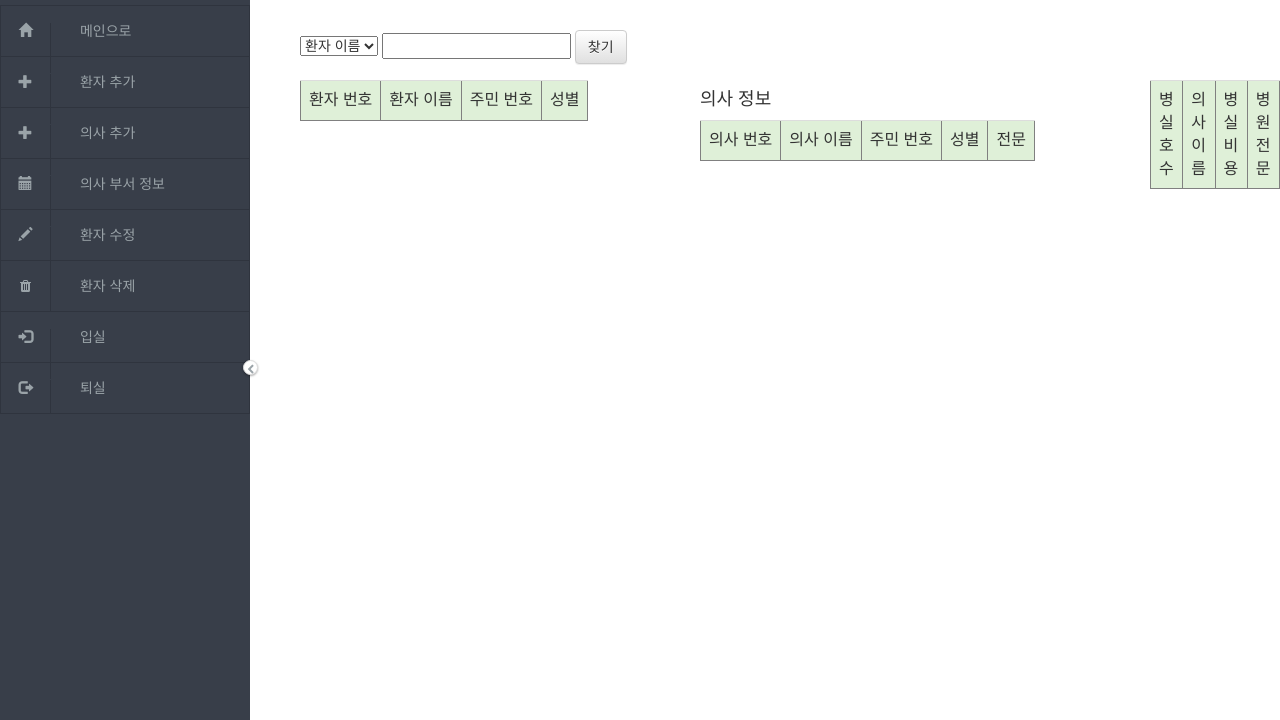
Repository: qaws1134/Hospital_manager
Page: http://localhost/project/main.jsp
An editor plug-in stored every save of this project. The page is shown before and after the next save, followed by the edit.
The browser window is 1280 px wide. The pictures show the whole page.
Some web libraries are served in a nearby version. The page is served by Tomcat 9. Other server files are loaded and not shown. The template is opened directly, without the code that normally fills it, so the values that code supplies are empty.

Above is the page before, as saved 2017-12-09 17:21:57.
Console error (its wording comes from the project's code and is left out).

### project/WebContent/main.jsp
<%@ page language="java" contentType="text/html; charset=UTF-8"
    pageEncoding="UTF-8"%>
<%@ taglib uri="http://java.sun.com/jsp/jstl/core" prefix="c" %>

<html lang="kr">
	<head>

	<meta http-equiv="Content-Type" content="text/html" charset="UTF-8">
	<title>http://www.blueb.co.kr</title>
<link rel="stylesheet" href="http://netdna.bootstrapcdn.com/font-awesome/4.3.0/css/font-awesome.min.css">
<!-- 합쳐지고 최소화된 최신 CSS -->
<link rel="stylesheet" href="https://maxcdn.bootstrapcdn.com/bootstrap/3.3.2/css/bootstrap.min.css">
<!-- 부가적인 테마 -->
<link rel="stylesheet" href="https://maxcdn.bootstrapcdn.com/bootstrap/3.3.2/css/bootstrap-theme.min.css">

<!-- 합쳐지고 최소화된 최신 자바스크립트 -->
<script src="https://maxcdn.bootstrapcdn.com/bootstrap/3.3.2/js/bootstrap.min.js"></script>

<style type="text/css">
input[type="checkbox"]#menu_state {
  display: none;
}
input[type="checkbox"]:checked ~ nav {
  width: 250px;
}
input[type="checkbox"]:checked ~ nav label[for="menu_state"] i::before {
  content: "\f053";
}
input[type="checkbox"]:checked ~ nav ul {
  width: 100%;
}
input[type="checkbox"]:checked ~ nav ul li a i {
  border-right: 1px solid #2f343e;
}
input[type="checkbox"]:checked ~ nav ul li a span {
  opacity: 1;
  transition: opacity 0.25s ease-in-out;
}
input[type="checkbox"]:checked ~ main {
  left: 250px;
}
nav {
  position: fixed;
  z-index: 9;
  top: 0;
  left: 0;
  bottom: 0;
  background: #383e49;
  color: #9aa3a8;
  width: 50px;
  font-family: 'Montserrat', sans-serif;
  font-weight: lighter;
  transition: all 0.15s ease-in-out;
}
nav label[for="menu_state"] i {
  cursor: pointer;
  position: absolute;
  top: 50%;
  right: -8px;
  box-shadow: 0 1px 3px rgba(0,0,0,0.12), 0 1px 2px rgba(0,0,0,0.24);
  background: #fff;
  font-size: 10px;
  display: flex;
  justify-content: center;
  align-items: center;
  height: 15px;
  width: 15px;
  border-radius: 50%;
  border: 1px solid #ddd;
  transition: width 0.15s ease-in-out;
  z-index: 1;
}
nav label[for="menu_state"] i::before {
  margin-top: 2px;
  content: "\f054";
}
nav label[for="menu_state"] i:hover {
  box-shadow: 0 10px 20px rgba(0,0,0,0.19), 0 6px 6px rgba(0,0,0,0.23);
}
nav ul {
  overflow: hidden;
  display: block;
  width: 50px;
  list-style-type: none;
  padding: 0;
  margin: 0;
}
nav ul li {
  border: 1px solid #2f343e;
  position: relative;
}
nav ul li.unread:after {
  content: attr(data-content);
  position: absolute;
  top: 10px;
  left: 25px;
  display: flex;
  justify-content: center;
  align-items: center;
  width: 15px;
  height: 15px;
  border-radius: 50%;
  color: #fff;
  background: #ef5952;
  font-size: 8px;
}
nav ul li:not(:last-child) {
  border-bottom: none;
}
nav ul li.active a {
  background: #4c515d;
  color: #fff;
}
nav ul li a {
  position: relative;
  display: block;
  white-space: nowrap;
  text-decoration: none;
  color: #9aa3a8;
  height: 50px;
  width: 100%;
  transition: all 0.15s ease-in-out;
}
nav ul li a:hover {
  background: #4c515d;
  color: #fff;
}
nav ul li a * {
  height: 100%;
  display: inline-block;
}
nav ul li a i {
  text-align: center;
  width: 50px;
  z-index: 999999;
}
nav ul li a i.fa {
  line-height: 50px;
}
nav ul li a span {
  padding-left: 25px;
  opacity: 0;
  line-height: 50px;
  transition: opacity 0.1s ease-in-out;


}

</style>
</head>

<body>
<input type="checkbox" id="menu_state" checked>
<nav>
	<label for="menu_state"><i class="fa"></i></label>
	<ul>
    <li>
      <a href="main.do">
        <i class="glyphicon glyphicon-home"></i>
        <span>메인으로</span>   <!--환자 대기 목록,병실 목록 및 현황-->
      </a>
    </li>
		<li>
			<a href="P_addui.do">
				<i class="glyphicon glyphicon-plus"></i>
				<span>환자 추가</span>
			</a>
		</li>
		<li>
			<a href="D_addui.do">
				<i class="glyphicon glyphicon-plus"></i>
				<span>의사 추가</span>
			</a>
		</li>

		<li>
			<a href="D_clsif.do">
				<i class="glyphicon glyphicon-calendar"></i>
				<span>의사 부서 정보</span>
			</a>
		</li>

		<li>
			<a href="cristal.do">
				<i class="glyphicon glyphicon-pencil"></i>
				<span>환자 수정</span>
			</a>
		</li>
		<li>
			<a href="delsel.do">
				<i class="fa fa-trash"></i>
				<span>환자 삭제</span>
			</a>
		</li>
      <li>
      <a href="insel.do">
        <i class="glyphicon glyphicon-log-in"></i>
        <span>입실</span>
      </a>
    </li>
        <li>
      <a href="javascript:void(0)">
        <i class="glyphicon glyphicon-log-out"></i>
        <span>퇴실</span>
      </a>
    </li>
	</ul>
</nav>
<section style="position:absolute; top:30px;left:300px">
<form action="search.do">
	<select name ="searchName"size ="1">
		<option value="p_name">환자 이름</option>
		<option value="d_name">의사 이름</option>
		<option value="d_cls">병원 종류</option>
	</select>
	<input type="text" name="searchValue"  >
	<input type="submit"  value="찾기" class="btn btn-default">
</form>
</section>

<!-- 환자 정보	 -->
<section style="position:absolute; top:80px;left:300px">
      <table border="1" class="table table-striped">
      	<tr  class="success">
      		<td>환자 번호</td>
      		<td>환자 이름</td>
      		<td>주민 번호</td>
      		<td>성별</td>
      	</tr>

      	<c:forEach items="${P_list}" var="dto">
	      	<tr>
	      		<td>${dto.p_NUM}</td>
	      		<td>${dto.p_NAME}</td>
	      		<td>${dto.p_PERNUM}</td>
	      		<td>${dto.p_GENDER }</td>
	      	</tr>
		</c:forEach>
      </table>
</section>
<!-- 의사 정보 -->
<section style="position:absolute; top:80px;left:700px">
<h4>의사 정보</h4>
     <table border="1" class="table table-striped">
      	<tr  class="success">
      		<td>의사 번호</td>
      		<td>의사 이름</td>
      		<td>주민 번호</td>
      		<td>성별</td>
      		<td>전문</td>
      	</tr>


      	<c:forEach items="${D_list}" var="dto">
	      	<tr>
	      		<td>${dto.d_NUM}</td>
	      		<td>${dto.d_NAME}</td>
	      		<td>${dto.d_PERNUM}</td>
	      		<td>${dto.d_GENDER }</td>
	      		<td>${dto.d_CLS}</td>
	      	</tr>
		</c:forEach>
      </table>
</section>

<!-- 병실 정보 -->
<section style="position:absolute; top:80px;left:1150px">
      <table border="1" class="table table-striped">
      	<tr  class="success">
      		<td>병실 호수</td>
      		<td>의사 이름</td>
      		<td>병실 비용</td>
  			<td>병원 전문</td>


      	</tr>

      	<c:forEach items="${D_inshow}" var="dto">
	      	<tr>
	      		<td>${dto.h_NUM}호</td>
	      		<td>${dto.d_NAME}</td>
	      		<td>${dto.h_COST}</td>
	      		<td>${dto.d_CLS}</td>
	      	</tr>
		</c:forEach>
      </table>
</section>

<!--
<section style="position:absolute; top:400px;left:300px">
     <table border="1">
		<tr>
      	<c:forEach items="${D_list}" var="dto">
	      		<td>${dto.d_NUM}</td>
	      		<td>${dto.d_NAME}</td>
	      		<td>${dto.d_PERNUM}</td>
	      		<td>${dto.d_GENDER }</td>
	      		<td>${dto.d_CLS}</td>
		</c:forEach>
		</tr>
		<tr>
      	<c:forEach items="${D_list}" var="dto">
	      		<td>${dto.d_NUM}</td>
	      		<td>${dto.d_NAME}</td>
	      		<td>${dto.d_PERNUM}</td>
	      		<td>${dto.d_GENDER }</td>
	      		<td>${dto.d_CLS}</td>
		</c:forEach>
		</tr>
		<tr>
      	<c:forEach items="${D_list}" var="dto">
	      		<td>${dto.d_NUM}</td>
	      		<td>${dto.d_NAME}</td>
	      		<td>${dto.d_PERNUM}</td>
	      		<td>${dto.d_GENDER }</td>
	      		<td>${dto.d_CLS}</td>
		</c:forEach>
		</tr>
      </table>
</section>
-->



</body>
</html>

After the next save:
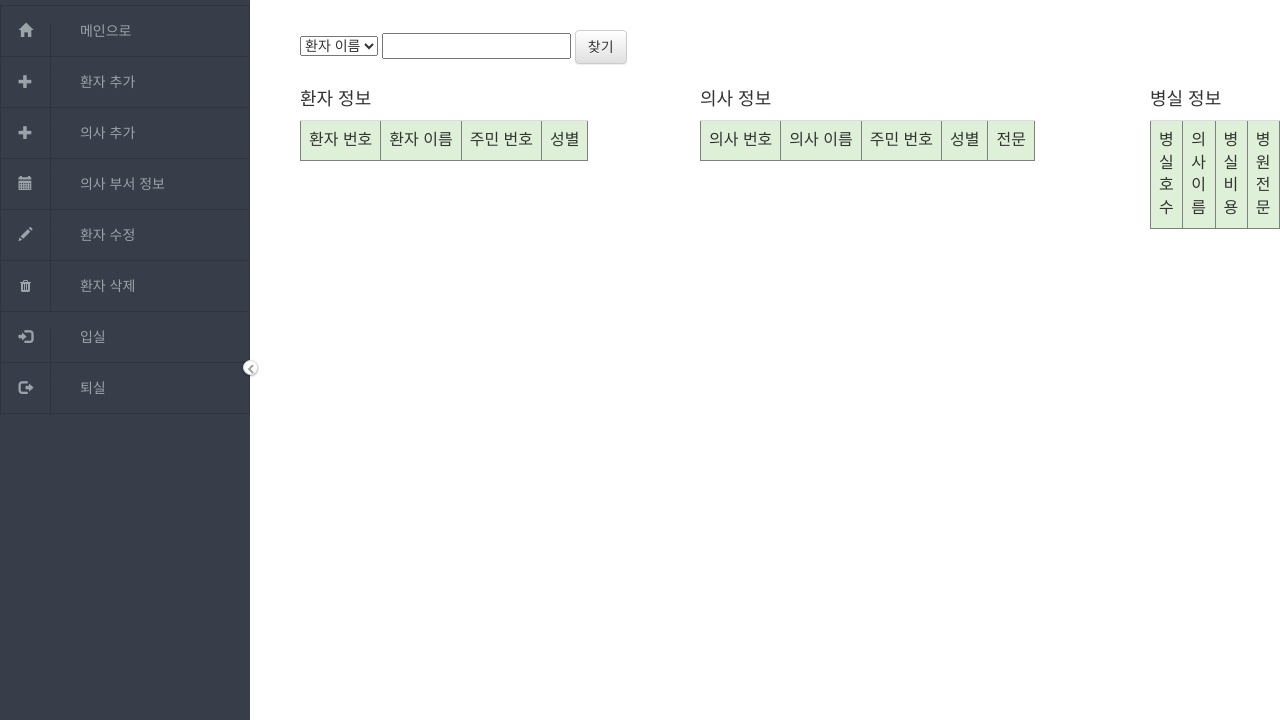
Saved 55 s later.
--- a/project/WebContent/main.jsp
+++ b/project/WebContent/main.jsp
@@ -220,6 +220,7 @@ nav ul li a span {
 
 <!-- 환자 정보	 -->
 <section style="position:absolute; top:80px;left:300px">
+	<h4>환자 정보</h4>
       <table border="1" class="table table-striped">
       	<tr  class="success">
       		<td>환자 번호</td>
@@ -265,6 +266,7 @@ nav ul li a span {
 
 <!-- 병실 정보 -->
 <section style="position:absolute; top:80px;left:1150px">
+<h4>병실 정보</h4>
       <table border="1" class="table table-striped">
       	<tr  class="success">
       		<td>병실 호수</td>
